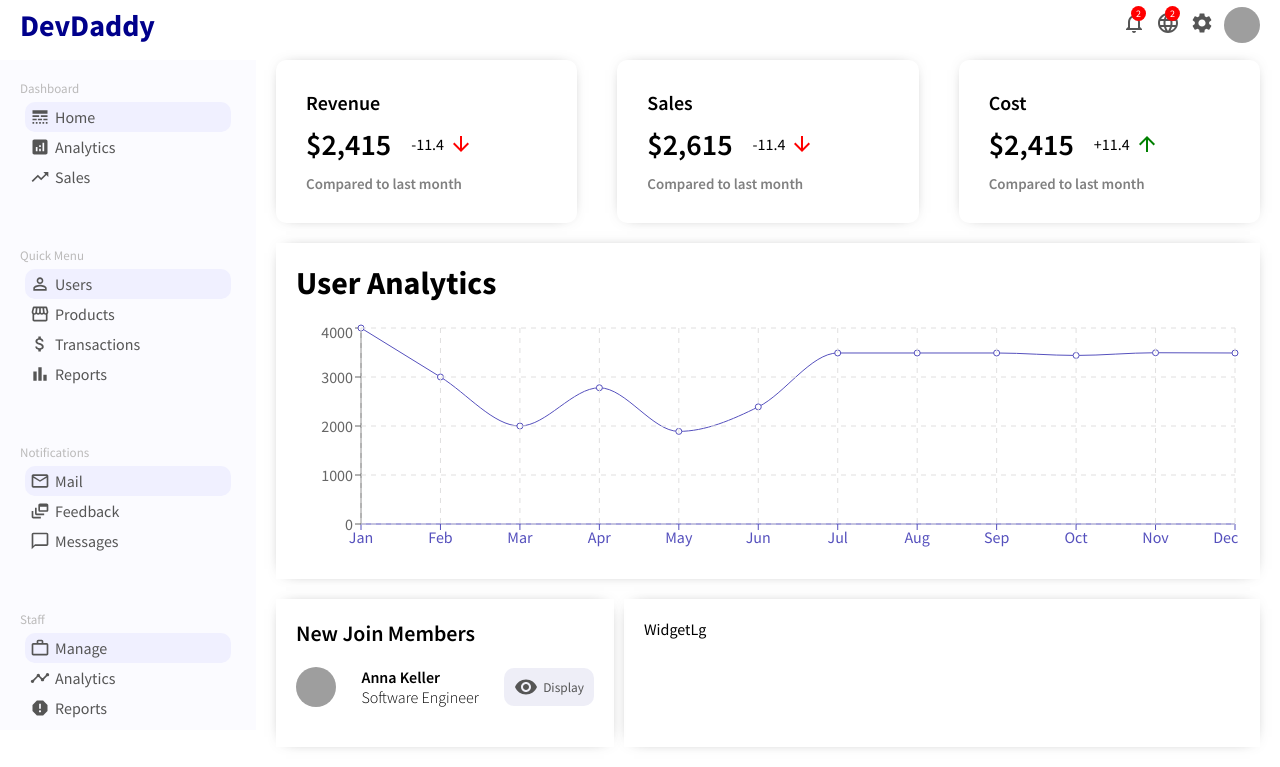
Repository: Marhamat92/react-admin-dashboard
Page: /newUser
These files come from the project's save history. The page is drawn as it stood at one moment and after the next save; the edit follows.
The browser window is 1280 px wide. The pictures show the whole page.
Pictures or frames that could not be fetched are drawn as grey boxes. The project was rebuilt for these pictures with package versions that can differ from the ones it lists, and the page was loaded fresh each time.

Above is the page before, as saved 2023-02-09 14:33:05.

After the next save:
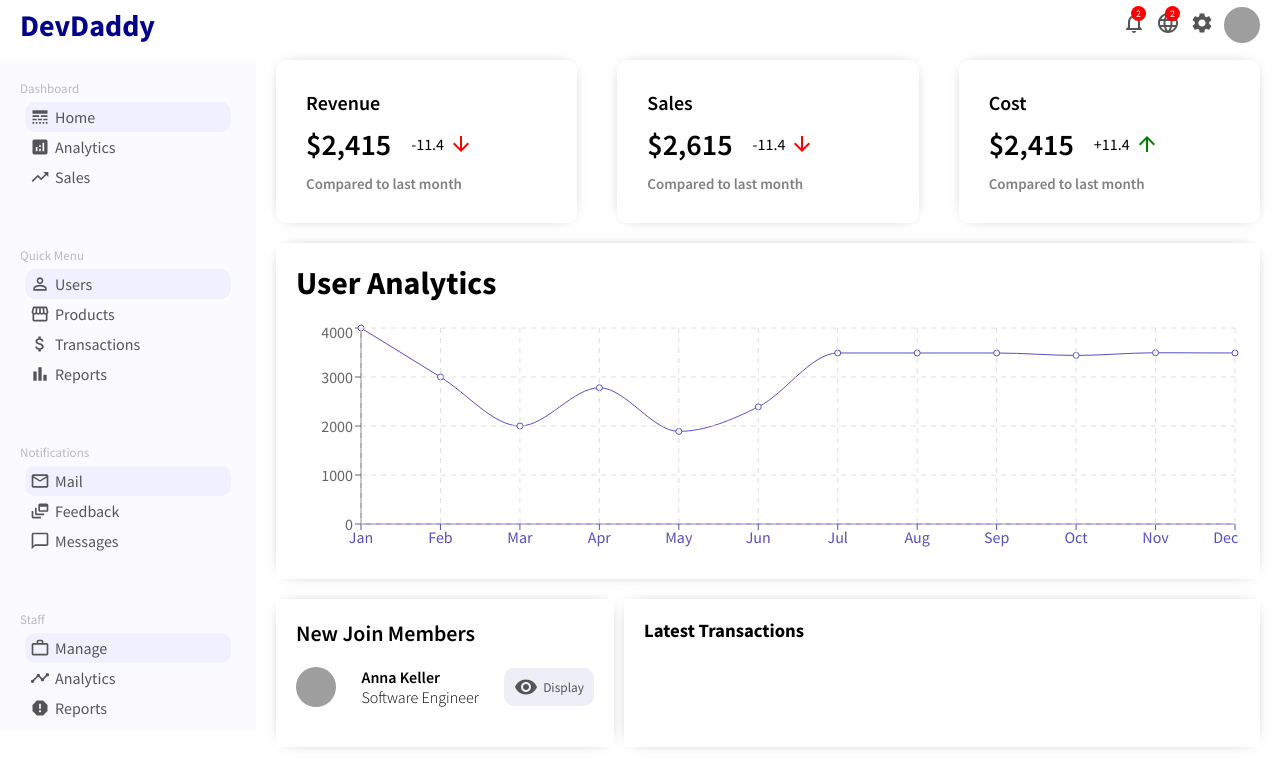
Saved 7 min 23 s later.
--- a/src/components/widgetLg/WidgetLg.js
+++ b/src/components/widgetLg/WidgetLg.js
@@ -3,7 +3,11 @@ import './widgetLg.scss'
 
 function WidgetLg() {
   return (
-    <div className='widgetLg' >WidgetLg</div>
+    <div className='widgetLg'>
+      <h3 className='widgetLgTitle' >
+        Latest Transactions
+      </h3>
+    </div>
   )
 }
 
